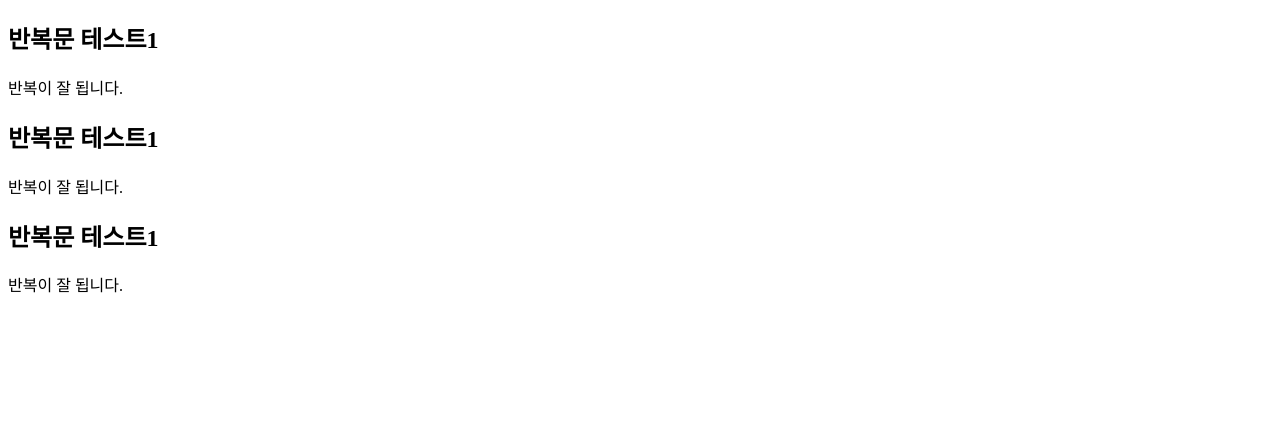
Repository: Yingjae/jsp_practice
Page: http://localhost/JSPBasic/JspTag/Scriptlet.jsp
An editor plug-in stored every save of this project. The page is shown before and after the next save, followed by the edit.
The browser window is 1280 px wide. The pictures show the whole page.
The page is served by Tomcat 9.

Above is the page before, as saved 2022-01-28 02:28:55.

After the next save:
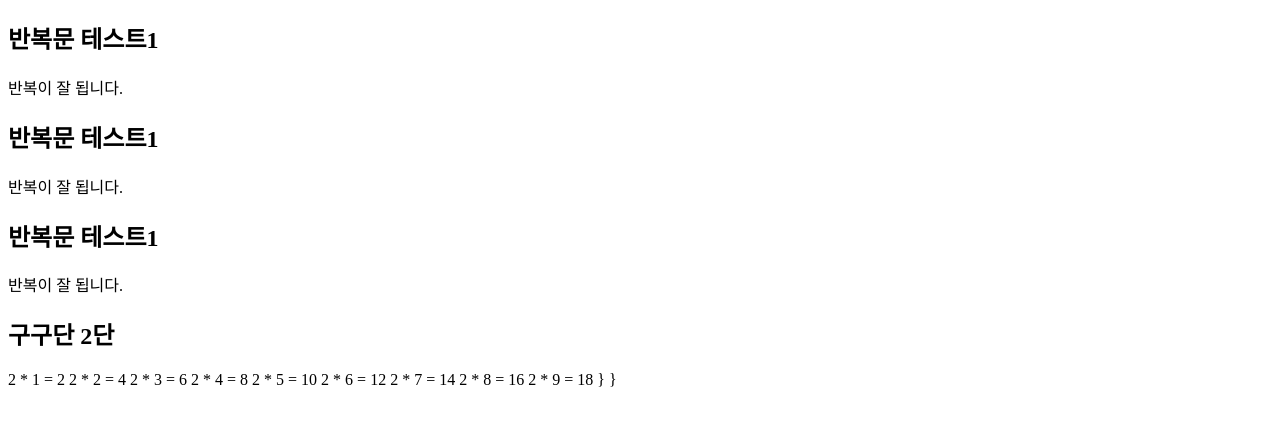
Saved 5 min 52 s later.
--- a/JSPBasic/src/main/webapp/JspTag/Scriptlet.jsp
+++ b/JSPBasic/src/main/webapp/JspTag/Scriptlet.jsp
@@ -15,5 +15,18 @@
 			반복이 잘 됩니다.
 		</p>
 	<% } %>
+
+	<!-- 하단에 구구단 코드를 작성해주세요.
+	System.out.println()이 괄호 내 구문을 콘솔에 찍히게 해줬다면
+	out.println()은 html화면에 괄호 내 구문을 콘솔에 찍히게 해줍니다.
+	(javascript의 document.write()와 같은 역할) -->
+	<h2>구구단 2단</h2>
+	<% for(int i = 2; i < 3; i++){
+		for(int j = 1; j < 10; j++){
+			out.println(i + " * " + j + " = " + (i * j));
+			}
+		} %>
+		}
+	}
 </body>
 </html>
